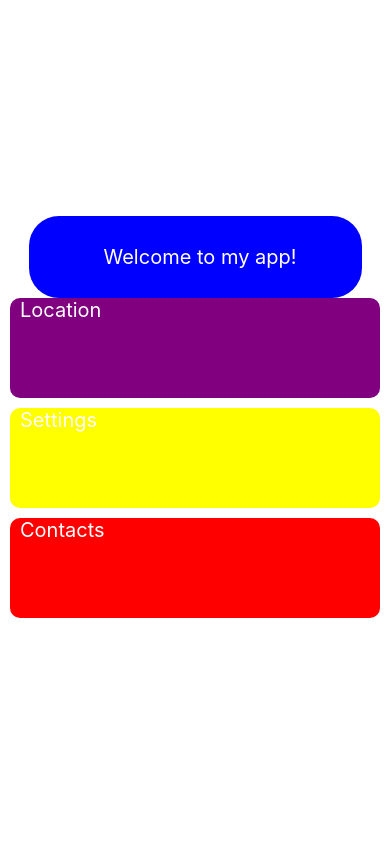
Repository: amirjavadikia/mobile-projectg
Screen: /
The author's editor kept a copy of each file at every save. The screen is drawn from the files as they stood at one save, then again after the next save.
The app was drawn by React Native's web renderer in a window 390 px wide. The project was rebuilt for these pictures with package versions that can differ from the ones it lists, and the page was loaded fresh each time.

Above is the screen before, as saved 2024-04-24 20:49:51.

After the next save:
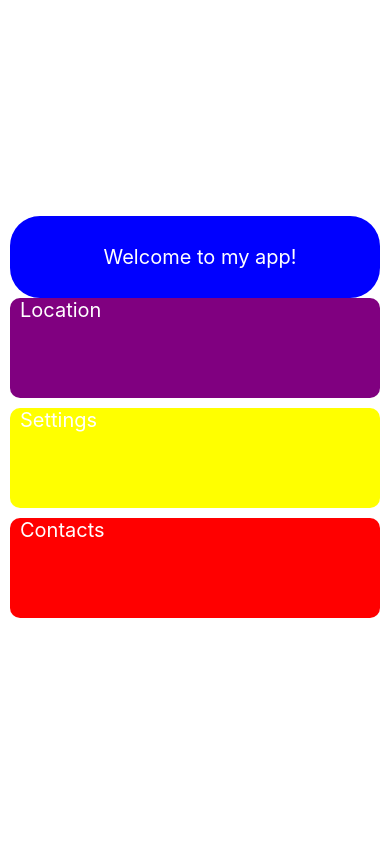
Saved 18 s later.
--- a/App.tsx
+++ b/App.tsx
@@ -44,7 +44,7 @@ const styles = StyleSheet.create({
   blueBackground: {
     backgroundColor: 'blue',
     borderRadius: 30,
-    width: '90%',
+    width: '100%',
     height: '10%',
     justifyContent: 'center',
     alignItems: 'center',
